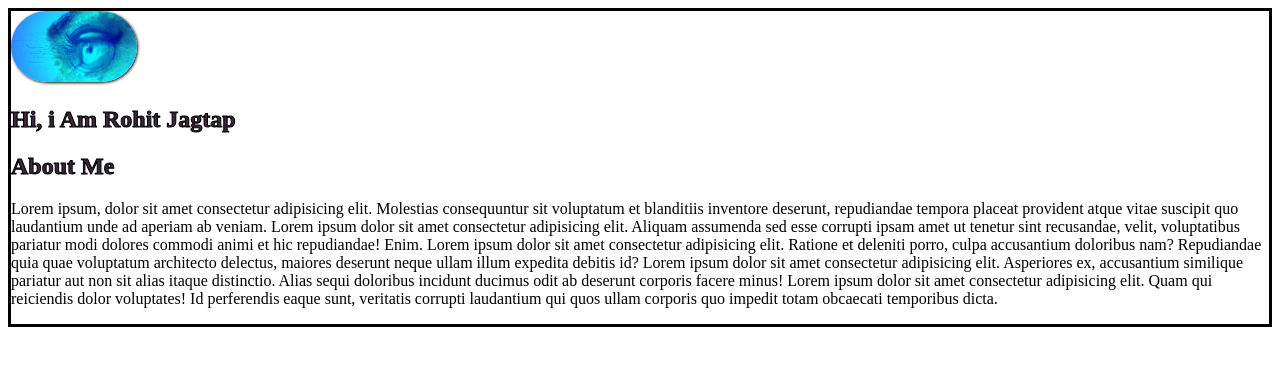
Repository: MintuKrishnan/subrahmanyam-batch
Page: front-end/html/port/about_me.html
These files come from the project's save history. The page is drawn as it stood at one moment and after the next save; the edit follows.
The browser window is 1280 px wide. The pictures show the whole page.

Above is the page before, as saved 2021-02-26 18:59:06.

After the next save:
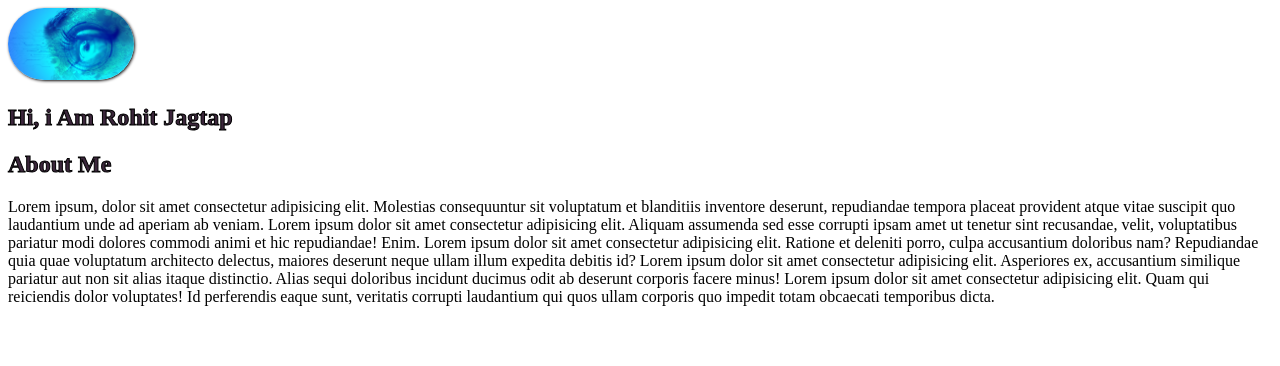
Saved 21 s later.
--- a/front-end/html/port/style.css
+++ b/front-end/html/port/style.css
@@ -1,28 +1,25 @@
-body{
-    border-style: solid;
-
+img {
+  width: 10%;
+  border-radius: 50px;
+  box-shadow: 1px 1px 3px #0e0a0a;
 }
-img{
-    width: 10%;
-    border-radius: 50px;
-    box-shadow: 1px 1px 3px #0e0a0a;
+.about {
+  padding: 15px;
+  width: 100%;
+  height: 100%;
+  background-color: #eabdf5;
+  border-radius: 50px;
+  box-shadow: 1px 1px 3px #292929;
 }
-.about{
-    padding: 15px;
-    width: 100%;
-    height: 100%;
-    background-color: #eabdf5;
-    border-radius: 50px;
-    box-shadow: 1px 1px 3px #292929;
-}
-.heading img,.heading h1{
-text-align: center;
+.heading img,
+.heading h1 {
+  text-align: center;
 }
 
-h2{
-    -webkit-text-stroke: 1px black;
-    color: rgb(59, 38, 59);
+h2 {
+  -webkit-text-stroke: 1px black;
+  color: rgb(59, 38, 59);
 }
-body{
-    -ms-text-align-last: center;
+body {
+  -ms-text-align-last: center;
 }
